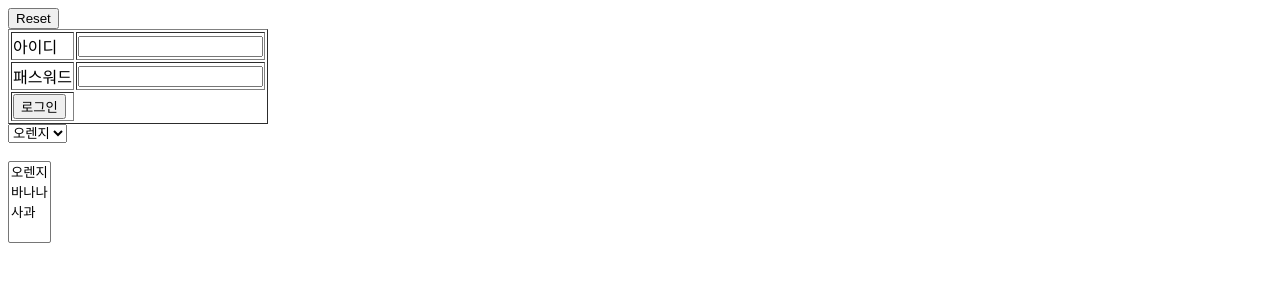
Repository: kisunssong/jsp
Page: test/WebContent/form.tag.htm
These files come from the project's save history. The page is drawn as it stood at one moment and after the next save; the edit follows.
The browser window is 1280 px wide. The pictures show the whole page.

Above is the page before, as saved 2020-11-16 12:26:45.

### test/WebContent/form.tag.htm
<!DOCTYPE html>
<html>
<head>
<meta charset="euc-kr">
<title>플래그 연습</title>
</head>
<body>
  <!-- 폼을 구성하는 태그들
  : 폼은 데이터를 전송할 때 사용하는 태그
         회원가입 : 이름, 전화번호, 주소...
    <form> 자신의 태그내에 있는 데이터를 지정한 웹 주소로 전송해준다.
    form 데이터 전송방식
    GET방식 : 데이터용량이 작은 256~4096바이트
    POST방식 : 대용량의 데이터를 보낼때 유용하다.(보안상안전)
    form 속성
    method : 데이터 전송방식을 지정
    name : 폼의 이름을 지정. 자바스크립에서 폼내의 데이터를 구분할 때 사용한다.
    action : 폼내의 데이터를 이동시킬 위치를 지정한다.
    enctype : 대용량의 파일의 데이터 속성을 지정한다.

        구성태그
    <input>
    (type)
    text : 한줄 입력을 받을 때 사용
    password : 비밀번호 형태로 입력받을 때 사용
    radio : 상호베타적 선택 (1개만 선택)
    checkbox : 다중 선택
    button : 자바스크립트와 연계해서 사용
    submit : 폼의 내용을 action에서 지정한 주소로 보낼 때 사용
    reset : 폼의 내용을 초기값으로 재설정할 때 사용
    hidden : 숨김필드로 화면에 보이지 않게 할 때 사용
    file : 파일을 첨부할 때 사용

    <select>
         목록상자나 콤보 박스로 폼을 구성할 때 사용하는 태그
    (속성)
    name : 필드의 이름을 지정
    size : 목록상자에 보여지는 항목의 수를 지정한다.
    multiple : 필드에서 여러개의 항목을 선택할 수 있도록 지정한다.

    <option>
    select 태그가 만드는 필드의 항목을 만드는 태그
    (속성)
    value : 항목을 선택했을 때 전송할 값을 지정한다.
    selected : 기본적으로 선택되는 항목을 지정한다.

    <textarea>
    (속성)
         여러줄을 입력하는 데이터를 사용하고자 할때 사용하는 태그
    name : 필드의 이름을 지정
    clols : 대문자 A를 기준으로 너비를 설정
    rows : 대문자 A를 기준으로 행을 설정
    readonly : 필드를 읽 전용으로 지정
    -->
    <form action="http://www.naver.com/index.html">
    <table border="1">
      <tr>
        <td>아이디</td>
        <td>
          <input type="text" name="id">
        </td>
      <tr>
        <td>패스워드</td>
        <td>
         <input type="password" name="pw">
       </td>
      </tr>
     <tr>
       <td>
         <input type="submit" value="로그인">
       </td>
     </tr>
     <div><input type="reset"></div>
    </table>

    <select name = "과일">
    	<option value="orange">오렌지</option>
    	<option value="banana">바나나</option>
    	<option value="apple">사과</option>
    </select>
    <br>
    <br>
    <select name="choice" multiple>
        <option value="orange">오렌지</option>
    	<option value="banana">바나나</option>
    	<option value="apple">사과</option>
    </select>
    </form>
</body>
</html>

After the next save:
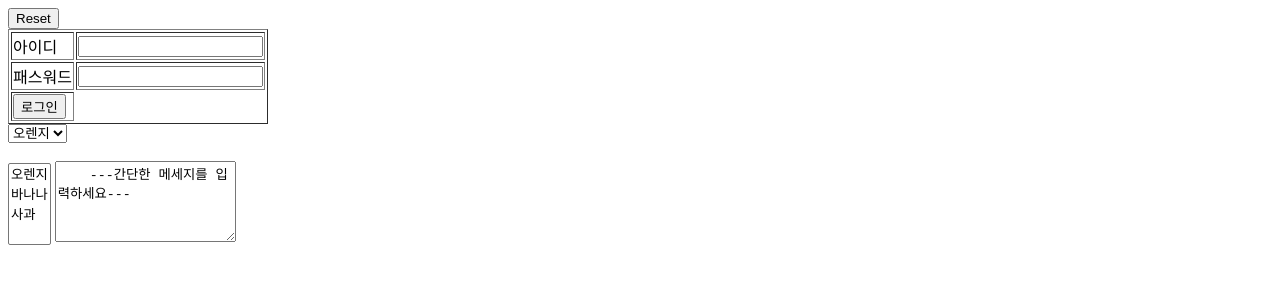
Saved 2 min 13 s later.
--- a/test/WebContent/form.tag.htm
+++ b/test/WebContent/form.tag.htm
@@ -85,6 +85,9 @@
     	<option value="banana">바나나</option>
     	<option value="apple">사과</option>
     </select>
+    <textarea name="memo" cols="20" rows="5">
+    ---간단한 메세지를 입력하세요---
+    </textarea>
     </form>
 </body>
 </html>
